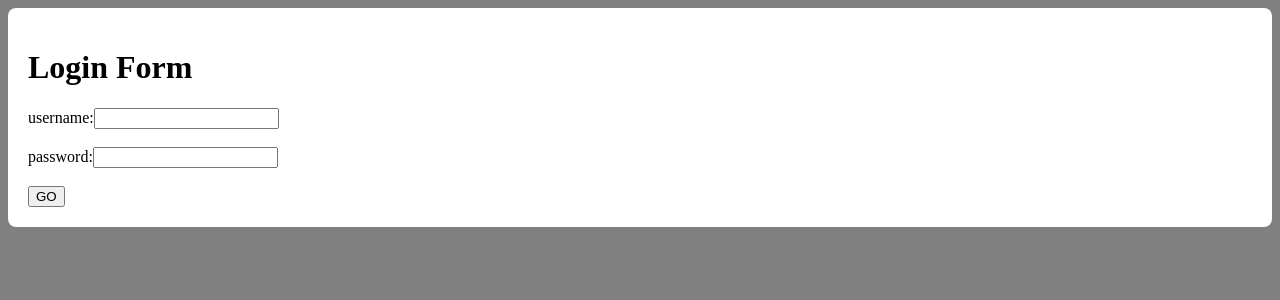
Repository: VIJAYkollu-7568/rakhi
Page: jsp/src/main/webapp/login.html
These files come from the project's save history. The page is drawn as it stood at one moment and after the next save; the edit follows.
The browser window is 1280 px wide. The pictures show the whole page.

Above is the page before, as saved 2024-11-07 09:17:27.

After the next save:
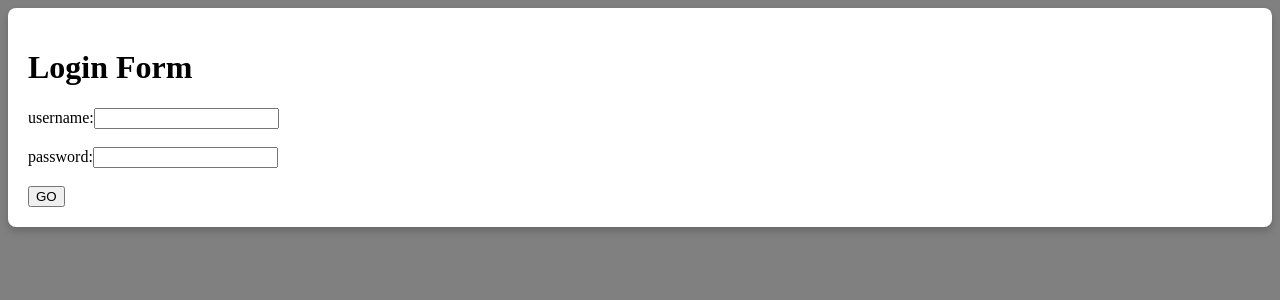
Saved 13 s later.
--- a/jsp/src/main/webapp/login.html
+++ b/jsp/src/main/webapp/login.html
@@ -16,6 +16,7 @@ align-items: center;
 margin:0;
 padding:20px;
 border-radius: 8px;
+box-shadow: 0 4px 8px rgba(0, 0, 0, 0.2);
 
 }
 </style>
